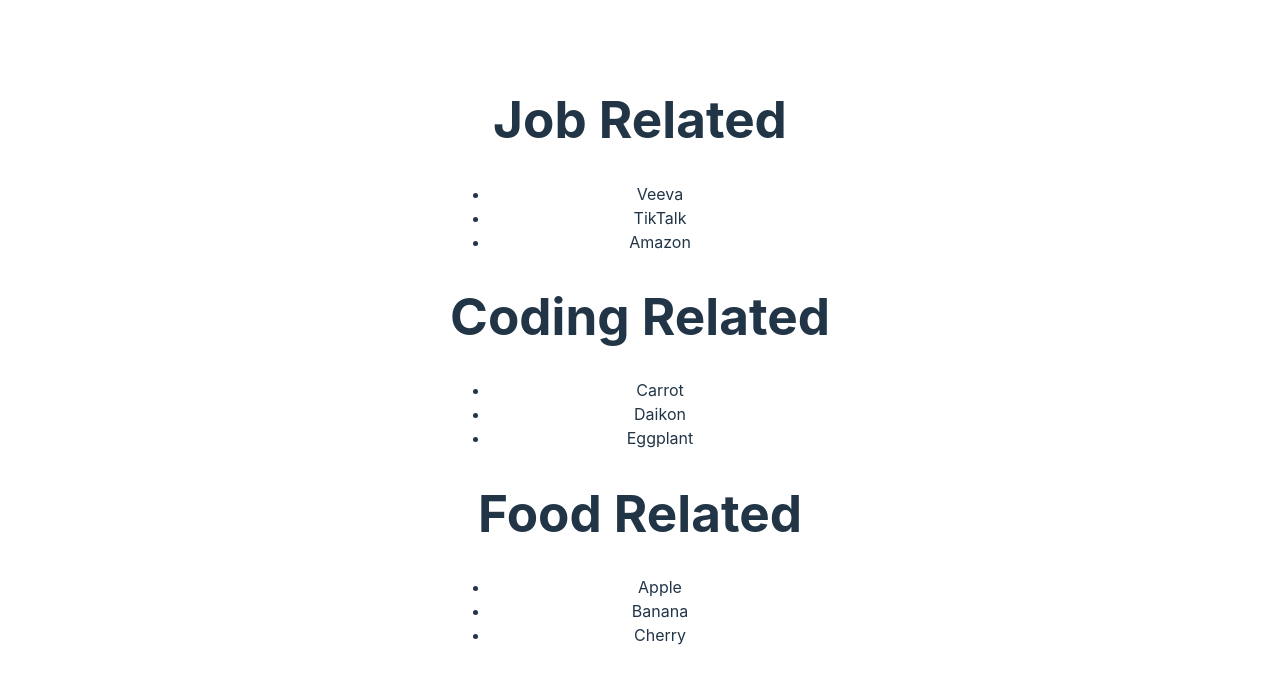
Repository: UofS-Jinhua/MyWebApp
Page: /
These files come from the project's save history. The page is drawn as it stood at one moment and after the next save; the edit follows.
The browser window is 1280 px wide. The pictures show the whole page.
The project was rebuilt for these pictures with package versions that can differ from the ones it lists, and the page was loaded fresh each time. Also part of the build but not shown: vite.config.js.

Above is the page before, as saved 2024-10-23 12:13:44.

After the next save:
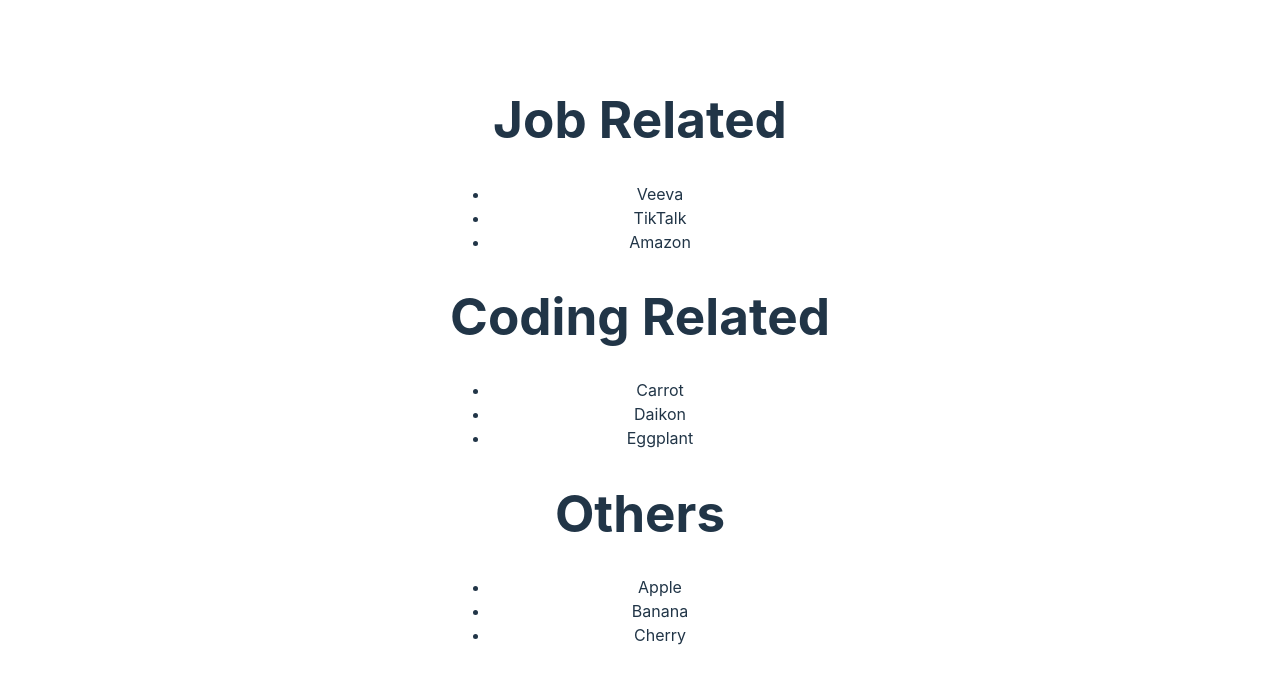
Saved 26 s later.
--- a/src/App.jsx
+++ b/src/App.jsx
@@ -14,10 +14,7 @@
         contents={["Carrot", "Daikon", "Eggplant"]}
       />
 
-      <Category
-        c_name="Food Related"
-        contents={["Apple", "Banana", "Cherry"]}
-      />
+      <Category c_name="Others" contents={["Apple", "Banana", "Cherry"]} />
     </div>
   );
 }
